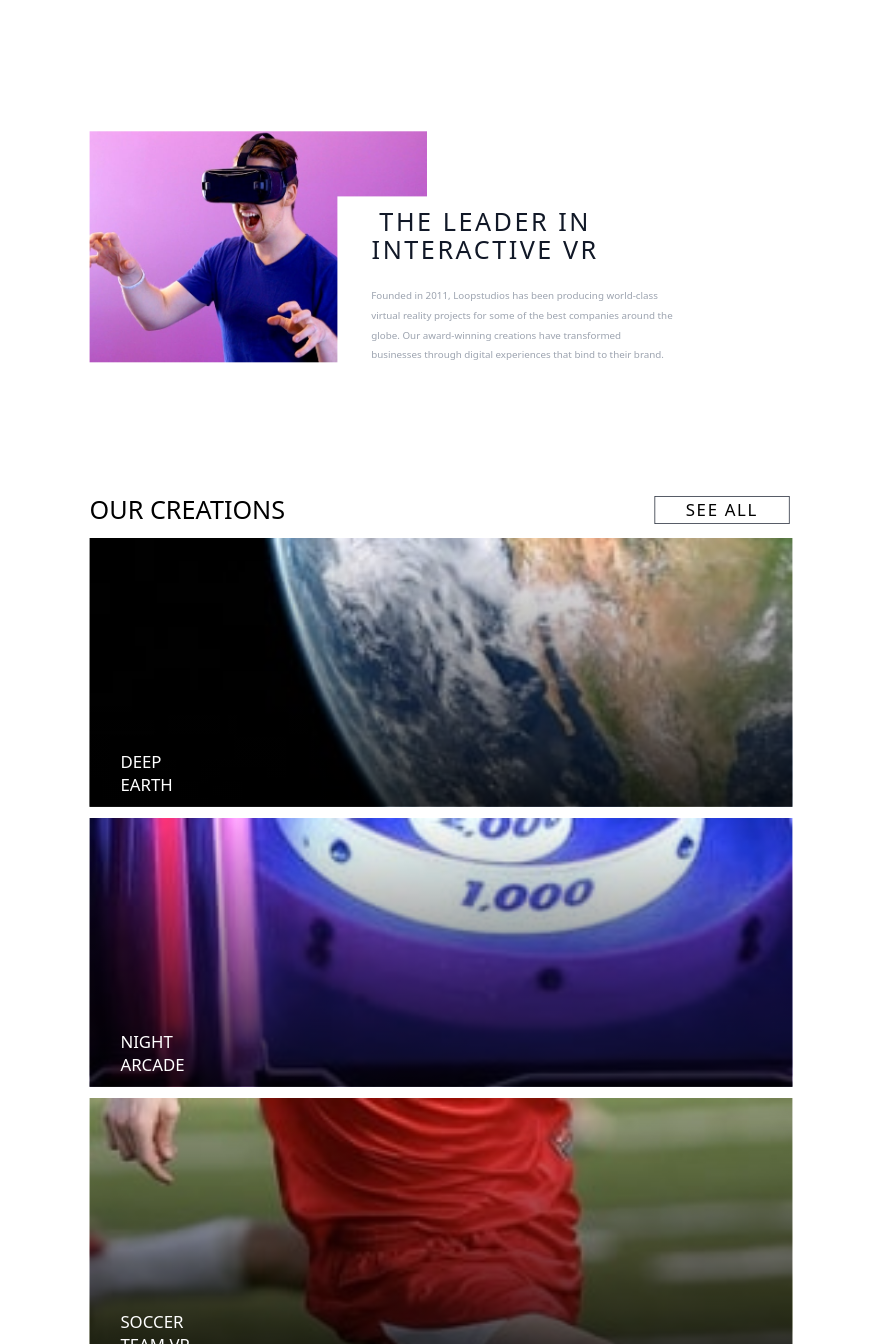
Repository: CAMPSLOPY/StudioLoopApp
Page: index.html
An editor plug-in stored every save of this project. The page is shown before and after a run of saves, followed by the edit.
The browser window is 1280 px wide. The pictures show the part of the page from y = 751 to 2671 px (the page is 5128 px tall), at 70% of full size.
Some web fonts or font styles are not loaded; a fallback is used. Some web libraries are served in a nearby version.

Above is the page before, as saved 2021-02-26 03:00:10.

After the next 4 saves:
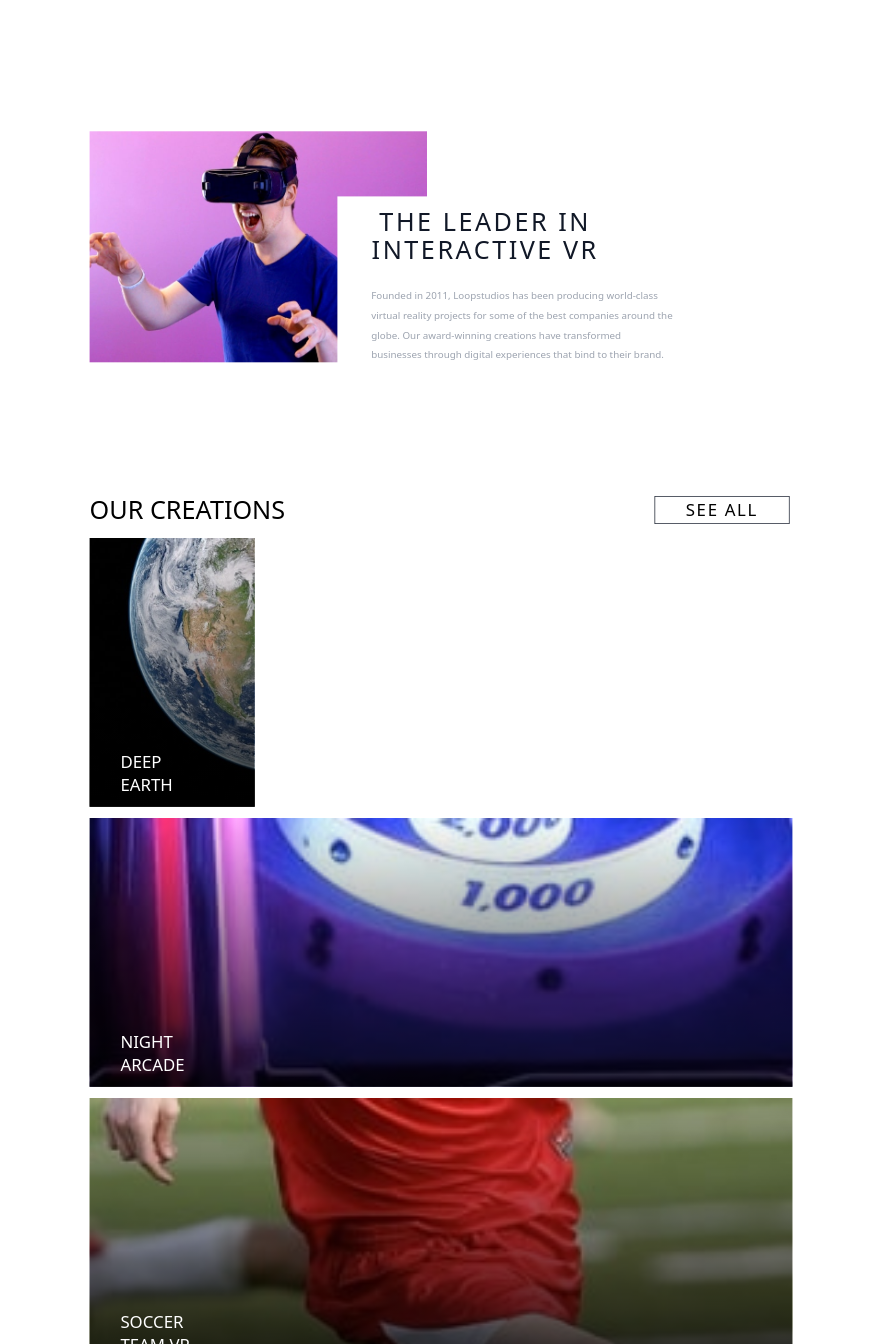
The 4 saves are shown as one change because they came seconds apart.
The last was saved 11 s later.
--- a/main.css
+++ b/main.css
@@ -212,5 +212,5 @@
 /* Card-box */
 
 .card-box{
-
-}
+    width: 23%;
+}
